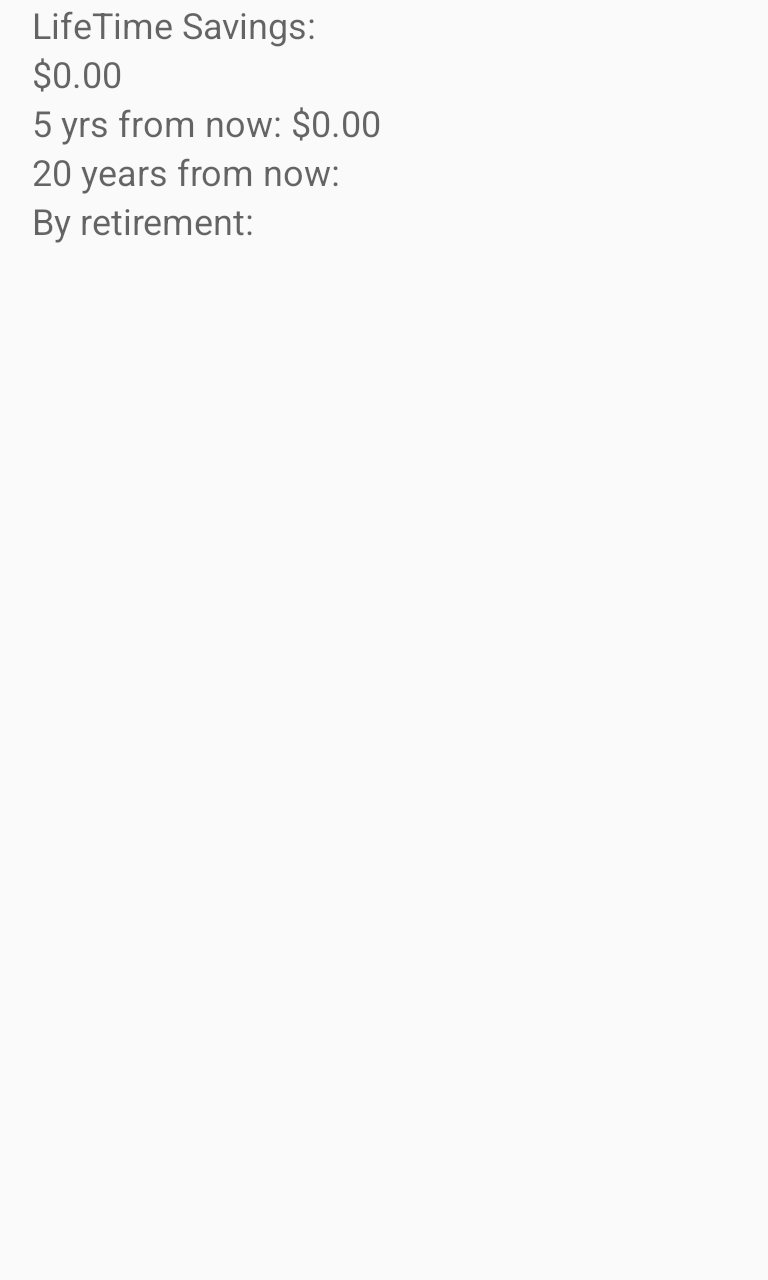
Repository: aallev11/saveit
Layout: ShouldISaveIt/res/layout/lifetimevalue.xml
The author's editor kept a copy of each file at every save. The layout is drawn from the files as they stood at one save, then again after the next save.
It is drawn on a 768 x 1280 px phone screen (xhdpi) without system bars, with theme AppTheme; the app's code is not run.

Above is the layout before, as saved 2014-03-30 12:50:02.

### ShouldISaveIt/res/layout/lifetimevalue.xml
<?xml version="1.0" encoding="utf-8"?>
<FrameLayout xmlns:android="http://schemas.android.com/apk/res/android"
    android:layout_width="match_parent"
    android:layout_height="match_parent" >

    <LinearLayout
        android:layout_width="fill_parent"
        android:layout_height="fill_parent"
        android:orientation="vertical"
        android:paddingLeft="16dp"
        android:paddingRight="16dp" >

        <TextView
            android:layout_width="wrap_content"
            android:layout_height="wrap_content"
            android:text="LifeTime Savings: "
            android:textAppearance="?android:attr/textAppearanceMedium" />

        <TextView
                android:id="@+id/lifeTimeSavings"
                android:layout_width="wrap_content"
                android:layout_height="wrap_content"
                android:text="$0.00"
                android:textAppearance="?android:attr/textAppearanceMedium" />


        <LinearLayout
            android:layout_width="fill_parent"
            android:layout_height="wrap_content"
            android:orientation="horizontal" >

            <TextView
                android:layout_width="wrap_content"
                android:layout_height="wrap_content"
                android:text="5 yrs from now: "
                android:textAppearance="?android:attr/textAppearanceMedium" />
            <TextView
                android:id="@+id/fiveYrsLifetimeSavings"
                android:layout_width="wrap_content"
                android:layout_height="wrap_content"
                android:text="$0.00"
                android:textAppearance="?android:attr/textAppearanceMedium" />


        </LinearLayout>
        <LinearLayout
            android:layout_width="fill_parent"
            android:layout_height="wrap_content"
            android:orientation="horizontal" >

            <TextView
                android:layout_width="wrap_content"
                android:layout_height="wrap_content"
                android:text="20 years from now:   "
                android:textAppearance="?android:attr/textAppearanceMedium" />

            <TextView
                android:id="@+id/twentyYearsLifetimeSavings"
                android:layout_width="match_parent"
                android:layout_height="wrap_content"
                android:ems="10"
                android:width="40dp" >
            </TextView>
        </LinearLayout>
        <LinearLayout
            android:layout_width="fill_parent"
            android:layout_height="wrap_content"
            android:orientation="horizontal" >

            <TextView
                android:layout_width="wrap_content"
                android:layout_height="wrap_content"
                android:text="By retirement:  "
                android:textAppearance="?android:attr/textAppearanceMedium" />

            <TextView
                android:id="@+id/byRetirementLifetimeSavings"
                android:layout_width="match_parent"
                android:layout_height="wrap_content"
                android:ems="10"
                android:width="40dp" >
            </TextView>
        </LinearLayout>
    </LinearLayout>

</FrameLayout>

Loaded but not shown: ShouldISaveIt/res/values/styles.xml (common file); ShouldISaveIt/res/values-v11/styles.xml (common file); ShouldISaveIt/res/values-v14/styles.xml (common file)

After the next save:
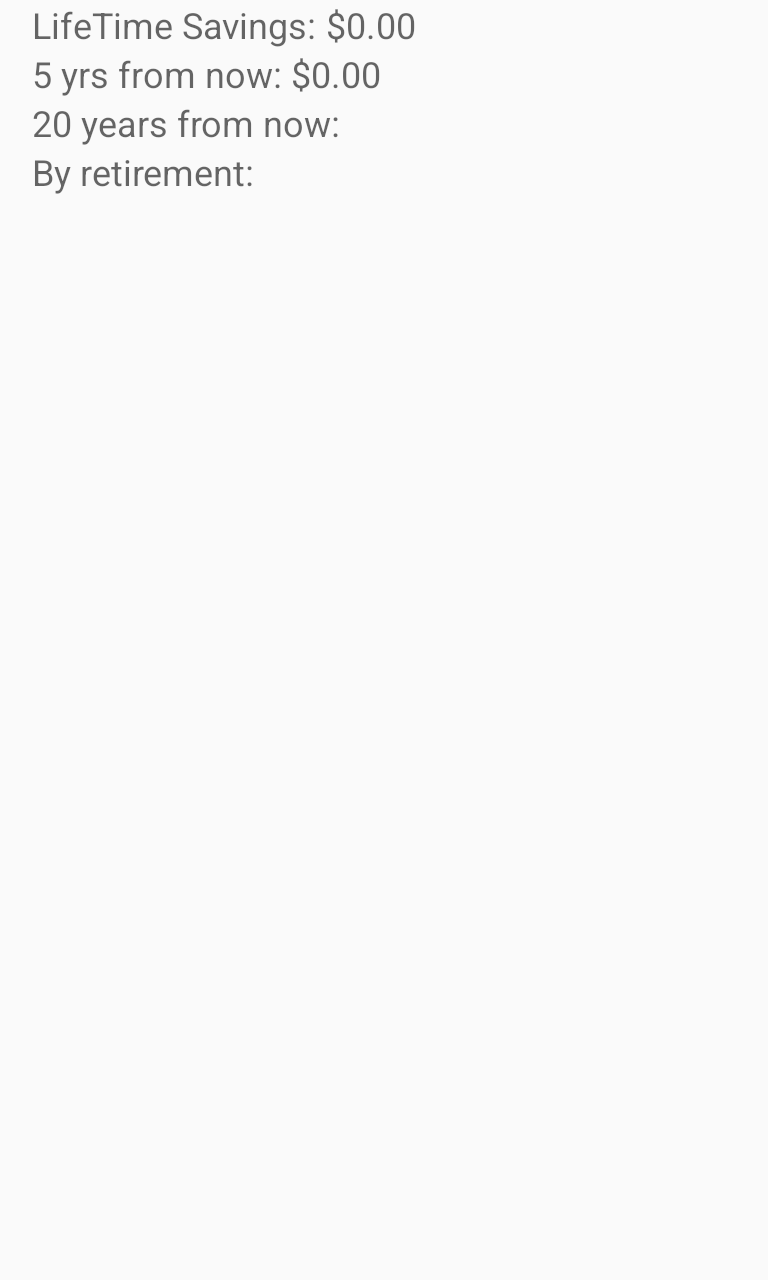
Saved 52 s later.
--- a/ShouldISaveIt/res/layout/lifetimevalue.xml
+++ b/ShouldISaveIt/res/layout/lifetimevalue.xml
@@ -10,19 +10,24 @@
         android:paddingLeft="16dp"
         android:paddingRight="16dp" >
 
-        <TextView
-            android:layout_width="wrap_content"
+        <LinearLayout
+            android:layout_width="fill_parent"
             android:layout_height="wrap_content"
-            android:text="LifeTime Savings: "
-            android:textAppearance="?android:attr/textAppearanceMedium" />
+            android:orientation="horizontal" >
 
-        <TextView
+            <TextView
+                android:layout_width="wrap_content"
+                android:layout_height="wrap_content"
+                android:text="LifeTime Savings: "
+                android:textAppearance="?android:attr/textAppearanceMedium" />
+
+            <TextView
                 android:id="@+id/lifeTimeSavings"
                 android:layout_width="wrap_content"
                 android:layout_height="wrap_content"
                 android:text="$0.00"
                 android:textAppearance="?android:attr/textAppearanceMedium" />
-
+        </LinearLayout>
 
         <LinearLayout
             android:layout_width="fill_parent"
@@ -34,15 +39,15 @@
                 android:layout_height="wrap_content"
                 android:text="5 yrs from now: "
                 android:textAppearance="?android:attr/textAppearanceMedium" />
+
             <TextView
                 android:id="@+id/fiveYrsLifetimeSavings"
                 android:layout_width="wrap_content"
                 android:layout_height="wrap_content"
                 android:text="$0.00"
                 android:textAppearance="?android:attr/textAppearanceMedium" />
+        </LinearLayout>
 
-
-        </LinearLayout>
         <LinearLayout
             android:layout_width="fill_parent"
             android:layout_height="wrap_content"
@@ -62,6 +67,7 @@
                 android:width="40dp" >
             </TextView>
         </LinearLayout>
+
         <LinearLayout
             android:layout_width="fill_parent"
             android:layout_height="wrap_content"
